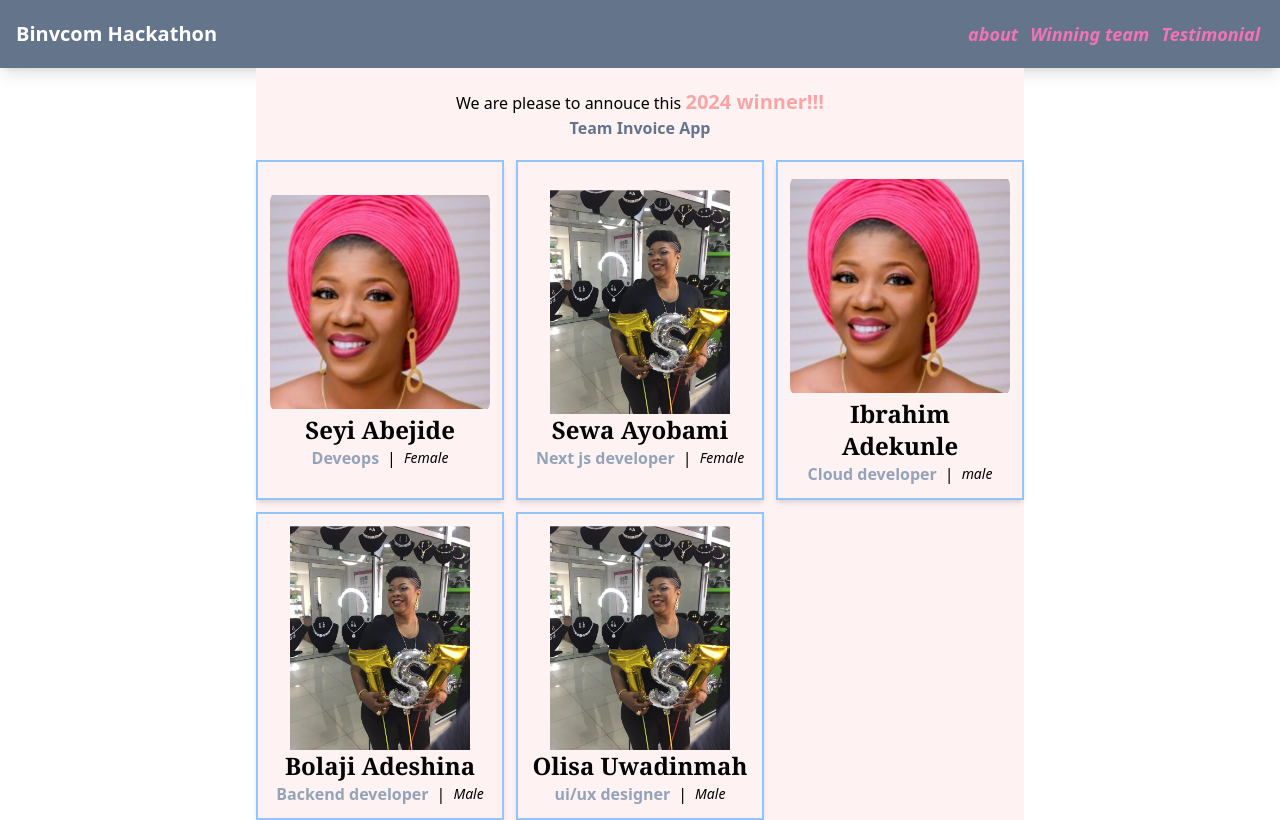
Repository: Semanmernstack/Bincom
Page: /
The author's editor kept a copy of each file at every save. The page is drawn from the files as they stood at one save, then again after the next save.
The browser window is 1280 px wide. The pictures show the whole page.
The project was rebuilt for these pictures with package versions that can differ from the ones it lists, and the page was loaded fresh each time. The framework's server and built-in components were replaced by stand-ins that run in the browser. Also part of the build but not shown: next.config.mjs.

Above is the page before, as saved 2024-01-25 23:25:56.

### app/layout.tsx
import type { Metadata } from "next";
import { Inter } from "next/font/google";
import "./globals.css";
import Nav from "./components/Nav";

const inter = Inter({ subsets: ["latin"] });

export const metadata: Metadata = {
  title: "Create Next App",
  description: "Generated by create next app",
};

export default function RootLayout({
  children,
}: Readonly<{
  children: React.ReactNode;
}>) {
  return (
    <html lang="en">
      <body className=" ">
        <Nav/>
        {children}
      </body>
    </html>
  );
}

### app/page.tsx
import Hacthon from "./components/Hacthon";
import Info from "./components/Info";




export default function Home() {
  return (
    <main className="flex flex-col bg-red-50 min-h-screen max-w-3xl mx-auto ">
      <Info/>
      <Hacthon/>

    </main>

  );
}

### app/components/Nav.tsx
"use client"
import Link from 'next/link'
import { usePathname } from 'next/navigation'
import React from 'react'
const Linkk = [
    {
        href: "/about",
        title: "about"
    },
    {
        href: "/winner",
        title: "Winning team"
    },
    {
        href: "/testimony",
        title: "Testimonial",
    },
]

function Nav() {
    const pathname = usePathname()
  return (
    <div className=' flex items-center justify-between   bg-slate-500 p-4 shadow-lg'>
        <Link href={'/'}>
            <h1 className='text-xl text-white font-extrabold'> Binvcom Hackathon  </h1>
        </Link>
        <div className='flex items-center justify-center gap-1 text-red-300 '>
            {Linkk.map((d, i) => (
            <div className='' key={i}>
                {pathname === d.href ? (
                <Link href={d.href} className=' flex  text-xs sm:text-lg text-pink-800 font-bold animate-pulse'>
                    {d.title}
                </Link>


                ):(
                    <Link href= {d.href }
                    className="flex items-center justify-center p-1   gap-3 italic sm:font-semibold hover:border rounded-lg text-pink-400   dark:text-white text-xs sm:text-lg font-semibold transition duration-100  "
                    >
                        {d.title}
                    </Link>

                )}
            </div>

        ))}

        </div>





</div>
  )
}

export default Nav

### app/components/Hacthon.tsx
import React from 'react'
import slidefour from "../public/slidefour.png"


import slidethree from "../public/slidethree.png"
import SetUp from "../components/SetUp";


const data = [
  {
    id: "1",
    title: "Seyi Abejide",
    image:"slidefour.png",
    role: "Deveops",
    gender: "Female",

  },
  {
    id: "2",
    title: "Sewa Ayobami",
    image: "slidethree.png",
    role: "Next js developer",
    gender: "Female"

  },
  {
    id: "3",
    title: "Ibrahim Adekunle",
    image:"slidefour.png",
    role: "Cloud developer",
    gender: "male",

  },
  {
    id: "4",
    title: "Bolaji Adeshina",
    image: "slidethree.png",
    role: "Backend developer",
    gender: "Male",

  },
  {
    id: "5",
    title: "Olisa Uwadinmah",
    image: "slidethree.png",
    role: "ui/ux designer",
    gender: "Male",

  },


];

function Hacthon() {
  return (
    <main className=" ">
      <div className="grid grid-cols-1 sm:grid-cols-2 md:grid-cols-3 gap-3">
          {data.map((p, index)=> (
              <div className=" border-2 border-blue-300 shadow-md items-center justify-center flex" key={index}>
                <SetUp
                  id={p.id}
                  title={p.title}
                  image={p.image}
                  role={p.role}
                  gender= {p.gender}
                />
              </div>

          ))}


      </div>



    </main>
  )
}

export default Hacthon

### app/components/Info.tsx
import React from 'react'

function Info() {
  return (
    <div className='flex justify-center text-center p-5'>
        <div>
        <h1>We are please to annouce this <span className='text-red-300 text-xl font-extrabold'>2024  winner!!!</span></h1>
        <h2 className='text-slate-500 font-bold'> Team Invoice App</h2>

        </div>


    </div>
  )
}

export default Info

### app/components/SetUp.tsx
import React from 'react'
interface B {
    id: string
    title: string
    image: string
    role: string
    gender: string
}


function SetUp({id, title, image, role, gender}:B) {
  return (
    <div className=' p-3 '>
      <img src={image} alt="image" className='h-56 w-56 rounded-xl  object-contain' />
      <div className='flex flex-col items-center justify-between'>
        <h1 className='font-bold text-center font-serif textt-xl md:text-2xl'>{title}</h1>
        <div className='flex items-center justify-between gap-2'>
          <h2 className='font-bold text-slate-400 '>{role}</h2>
          <h2>|</h2>
          <h2 className='text-xs sm:text-sm italic'>{gender}</h2>
        </div>

        <div>

        </div>

      </div>

    </div>
  )
}

export default SetUp

Loaded but not shown: app/globals.css (common file); tailwind.config.ts (common file)

After the next save:
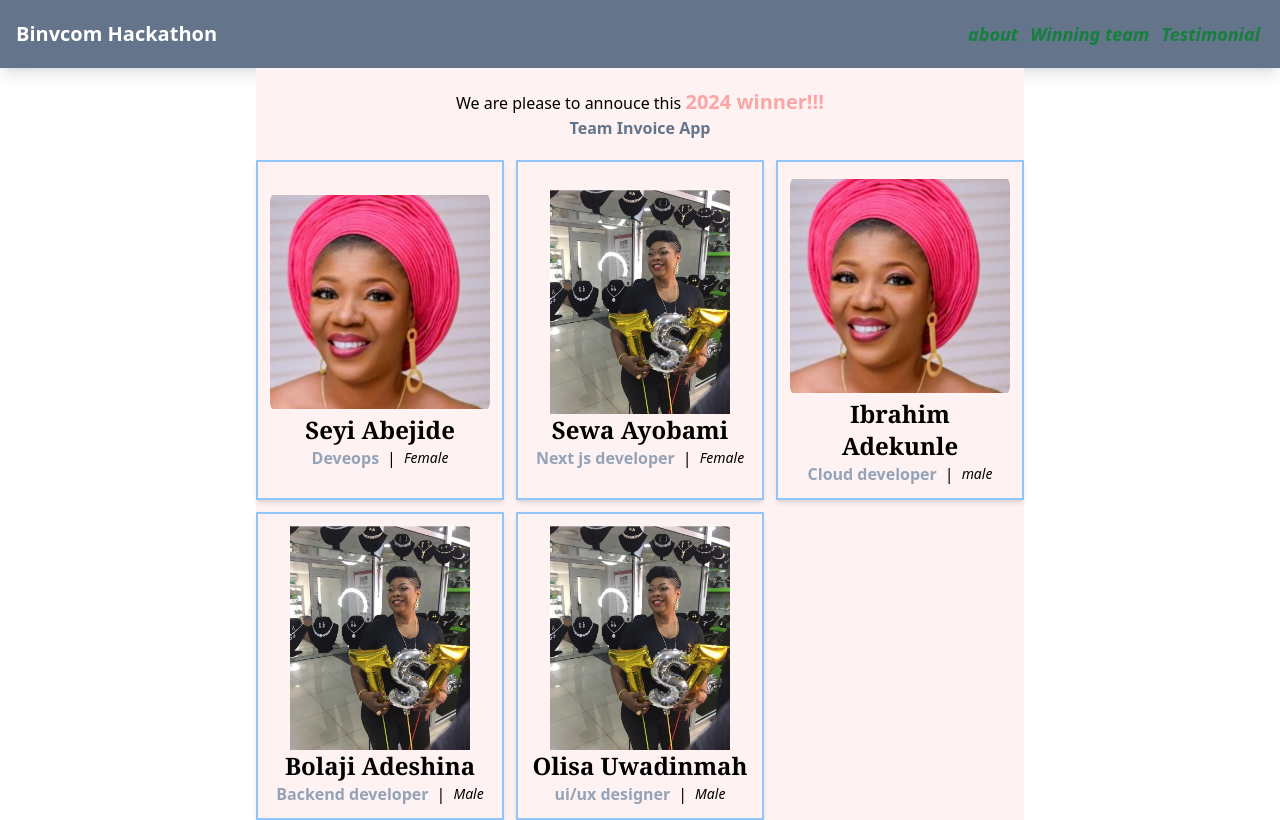
Saved 77 s later.
--- a/app/components/Nav.tsx
+++ b/app/components/Nav.tsx
@@ -28,14 +28,14 @@ function Nav() {
             {Linkk.map((d, i) => (
             <div className='' key={i}>
                 {pathname === d.href ? (
-                <Link href={d.href} className=' flex  text-xs sm:text-lg text-pink-800 font-bold animate-pulse'>
+                <Link href={d.href} className=' flex  text-xs sm:text-lg text-red-800 font-bold animate-pulse'>
                     {d.title}
                 </Link>
 
 
                 ):(
                     <Link href= {d.href }
-                    className="flex items-center justify-center p-1   gap-3 italic sm:font-semibold hover:border rounded-lg text-pink-400   dark:text-white text-xs sm:text-lg font-semibold transition duration-100  "
+                    className="flex items-center justify-center p-1   gap-3 italic sm:font-semibold hover:border rounded-lg text-green-700   dark:text-white text-xs sm:text-lg font-semibold transition duration-100  "
                     >
                         {d.title}
                     </Link>
